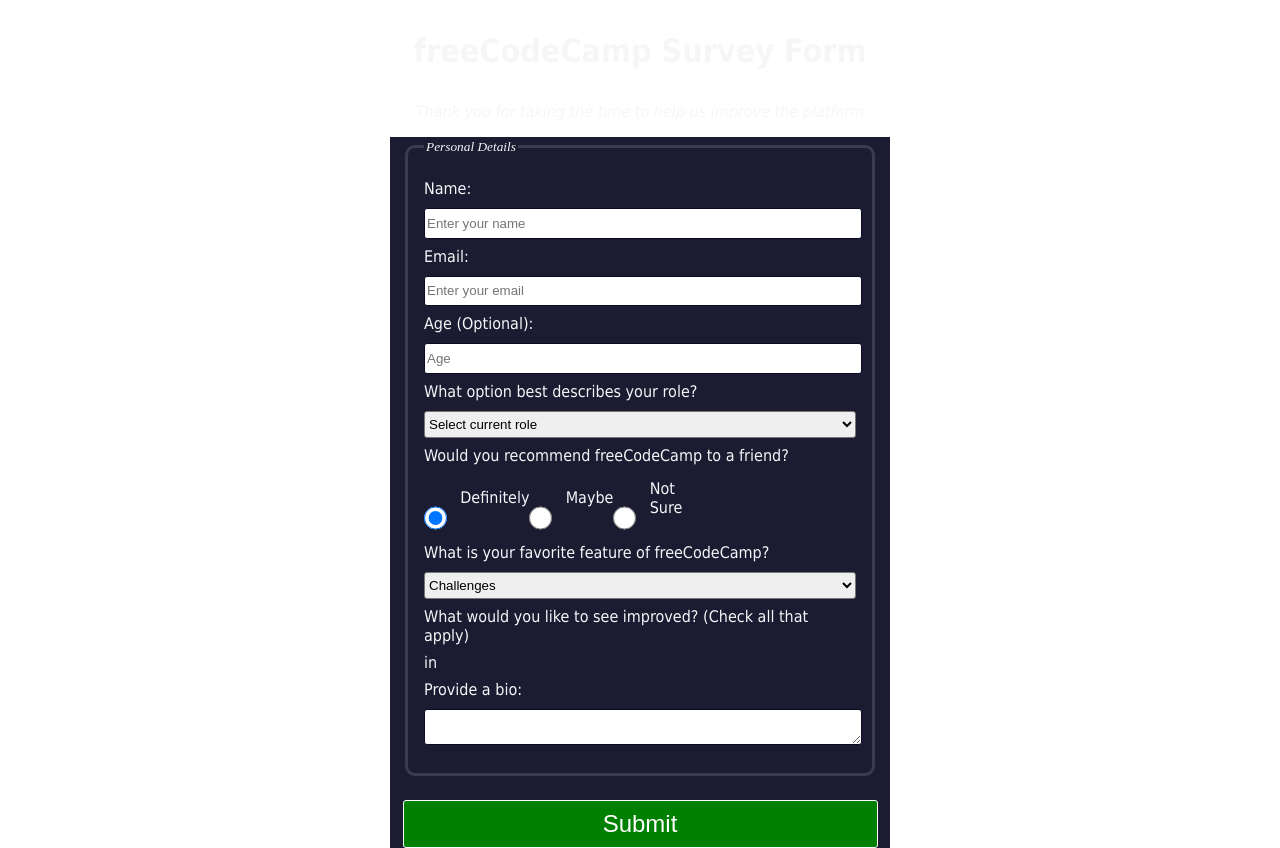
Repository: Lungdjos/survey_form_certification
Page: index.html
These files come from the project's save history. The page is drawn as it stood at one moment and after a run of saves; the edit follows.
The browser window is 1280 px wide. The pictures show the whole page.

Above is the page before, as saved 2023-09-30 23:20:46.

After the next 5 saves:
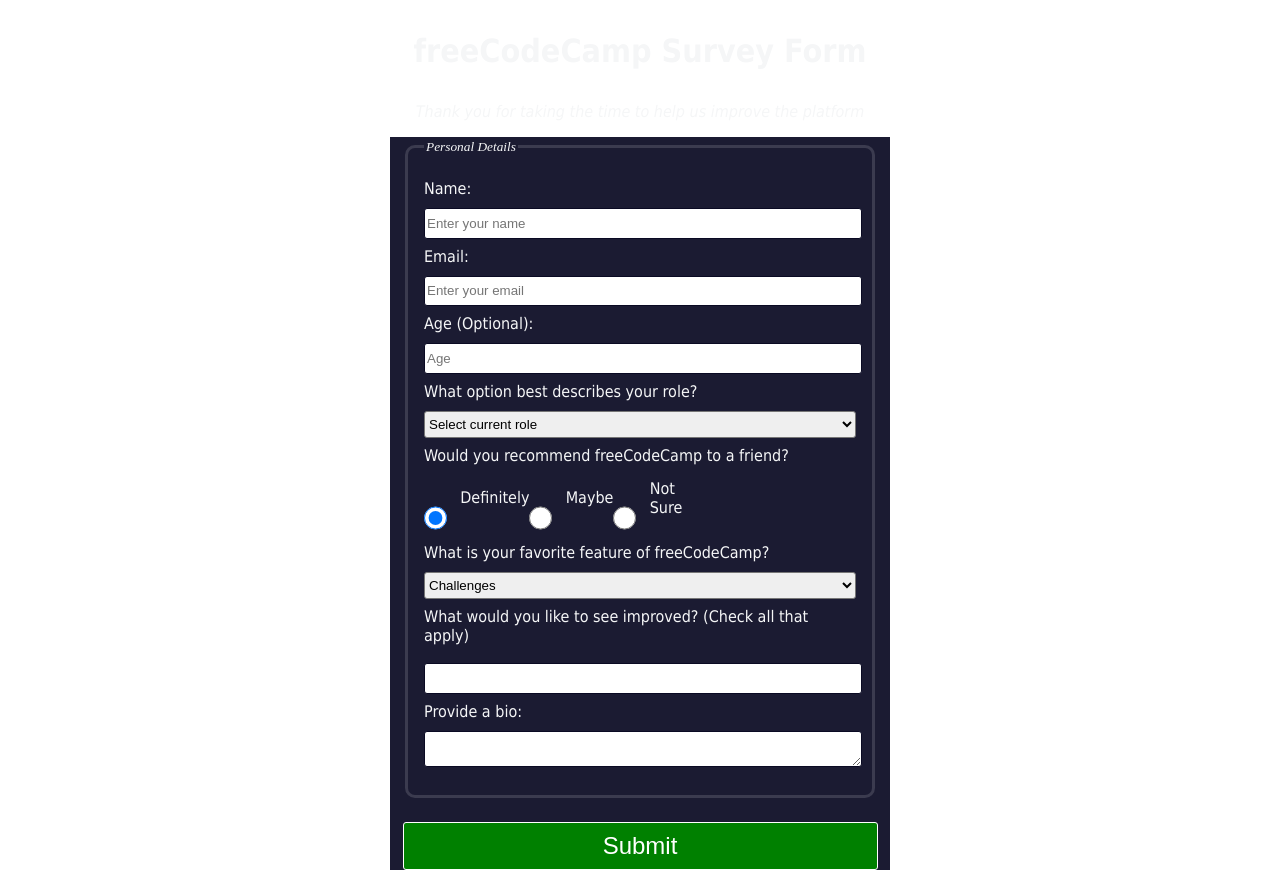
The 5 saves are shown as one change because they came seconds apart.
The last was saved 14 s later.
--- a/index.html
+++ b/index.html
@@ -49,7 +49,7 @@
             <label for="">
                 What would you like to see improved? (Check all that apply)
                 <label>
-                    in
+                    <input/>
                 </label>
             </label>
 
